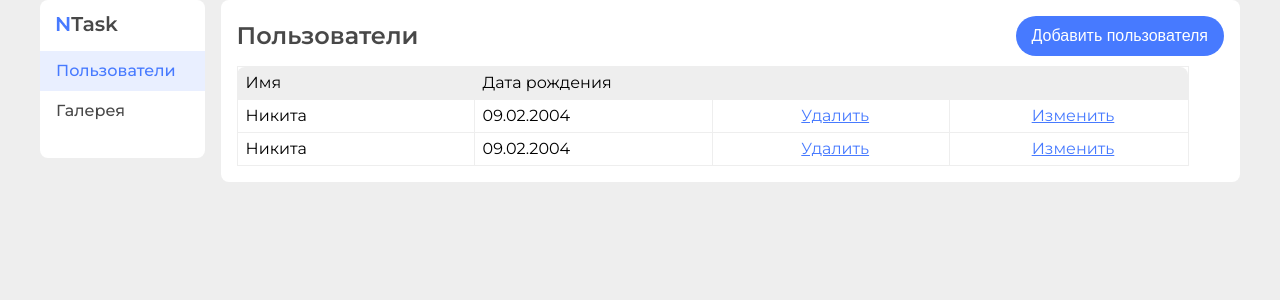
Repository: Grid-Master/NTask
Page: /
These files come from the project's save history. The page is drawn as it stood at one moment and after the next save; the edit follows.
The browser window is 1280 px wide. The pictures show the whole page.
The project was rebuilt for these pictures with package versions that can differ from the ones it lists, and the page was loaded fresh each time.

Above is the page before, as saved 2023-06-05 11:25:26.

### public/index.html
<!DOCTYPE html>
<html lang="en">
  <head>
    <meta charset="utf-8" />
    <link rel="icon" href="%PUBLIC_URL%/favicon.ico" />
    <meta name="viewport" content="width=device-width, initial-scale=1" />
    <meta name="theme-color" content="#000000" />
    <meta name="description" content="Web site created using create-react-app" />
    <link rel="apple-touch-icon" href="%PUBLIC_URL%/logo192.png" />
    <link rel="preconnect" href="https://fonts.googleapis.com" />
    <link rel="preconnect" href="https://fonts.gstatic.com" crossorigin />
    <link
      href="https://fonts.googleapis.com/css2?family=Montserrat:wght@300;400;500;600;700&display=swap"
      rel="stylesheet" />
    <link rel="manifest" href="%PUBLIC_URL%/manifest.json" />
    <title>React App</title>
  </head>
  <body>
    <noscript>You need to enable JavaScript to run this app.</noscript>
    <div id="root"></div>
  </body>
</html>

### src/index.css
html, body, div, span, applet, object, iframe,
h1, h2, h3, h4, h5, h6, p, blockquote, pre,
a, abbr, acronym, address, big, cite, code,
del, dfn, em, img, ins, kbd, q, s, samp,
small, strike, strong, sub, sup, tt, var,
b, u, i, center,
dl, dt, dd, ol, ul, li,
fieldset, form, label, legend,
table, caption, tbody, tfoot, thead, tr, th, td,
article, aside, canvas, details, embed,
figure, figcaption, footer, header, hgroup,
menu, nav, output, ruby, section, summary,
time, mark, audio, video {
	margin: 0;
	padding: 0;
	border: 0;
	font-size: 100%;
	font: inherit;
	vertical-align: baseline;
}
/* HTML5 display-role reset for older browsers */
article, aside, details, figcaption, figure,
footer, header, hgroup, menu, nav, section {
	display: block;
}
body {
	line-height: 1;
}
ol, ul {
	list-style: none;
}
blockquote, q {
	quotes: none;
}
blockquote:before, blockquote:after,
q:before, q:after {
	content: '';
	content: none;
}
table {
	border-collapse: collapse;
}
body {
  margin: 0;
  font-family: Montserrat;
  background: #EEEEEE;
  max-width: 1200px;
  margin: 0 auto;

}

code {
  font-family: source-code-pro, Menlo, Monaco, Consolas, 'Courier New',
    monospace;
}

### src/App.tsx
import './App.css';
import Navbar from './components/navabar/Navbar';
import UserList from './components/userList/UserList';

function App() {
  return (
    <div className="App">
      <Navbar />
      <UserList />
    </div>
  );
}

export default App;

### src/App.css
.App {
  display: flex;
  align-items:start;
  gap: 16px;
}

### src/components/navabar/Navbar.tsx
import { FC } from 'react';
import './navbar.sass';
const logo = require('../../images/logo.png');

const Navbar: FC = () => {
  return (
    <div className="navbar">
      <div className="navbar__imagecontainer">
        <img src={logo} alt="logo" />
      </div>
      <div className="navbar__item navbar__active">Пользователи</div>
      <div className="navbar__item">Галерея</div>
    </div>
  );
};

export default Navbar;

### src/components/userList/UserList.tsx
import React, { FC } from 'react';
import './userList.sass';

const UserList: FC = () => {
  return (
    <div className="userList">
      <div>
        <h1 className="userList__title">Пользователи</h1>
        <button className="userList__addUserBtn">Добавить пользователя</button>
      </div>
      <table className="userList__table">
        <tr className="userList__table-info">
          <td>Имя</td>
          <td>Дата рождения</td>
          <td></td>
          <td></td>
        </tr>
        <tr>
          <td>Никита</td>
          <td>09.02.2004</td>
          <td className="userList__table-btn">Удалить</td>
          <td className="userList__table-btn">Изменить</td>
        </tr>
        <tr>
          <td>Никита</td>
          <td>09.02.2004</td>
          <td className="userList__table-btn">Удалить</td>
          <td className="userList__table-btn">Изменить</td>
        </tr>
      </table>
    </div>
  );
};

export default UserList;

### src/components/navabar/navbar.sass
.navbar
    width: 200px
    height: 158px
    background: #FFFFFF
    border-radius: 8px
    &__imagecontainer
        padding: 16px 0
        margin-left: 16px
    &__item
        padding: 8px 16px
        cursor: pointer
        font-weight: 500
        font-size: 16px
        line-height: 150%
        color: #484848
    &__active
        background: #E9EFFF
        color: #477AFF

### src/components/userList/userList.sass
.userList
    width: 100%
    background: #FFFFFF
    border-radius: 8px
    padding: 16px
    >div
        display: flex
        align-items: center
        justify-content: space-between
    &__title
        font-weight: 600
        font-size: 24px
        line-height: 150%
        color: #484848
    &__addUserBtn
        font-weight: 500
        font-size: 16px
        line-height: 100%
        color: #FFFFFF
        background: #477AFF
        border-radius: 20px
        padding: 12px 16px
        border: none
        outline: none
        cursor: pointer
        transition: .3s
        &:hover
            opacity: .8
    &__table
        margin-top: 10px
        width: 952px
        td
            border: 1px solid #EEEEEE
            width: 238px
            text-align: start
            padding: 8px 0
            padding-left: 8px
        &-btn
            cursor: pointer
            text-decoration-line: underline
            color: #477AFF
            transition: .2s
            text-align: center !important
            &:hover
                opacity: .8
        tr:first-child td:first-child
            border-radius: 8px 0 0 0
        tr:first-child td:last-child
            border-radius: 0 8px 0 0
        &-info
            background-color: #EEEEEE
            border-radius: 8px !important

Loaded but not shown: src/index.tsx (common file)

After the next save:
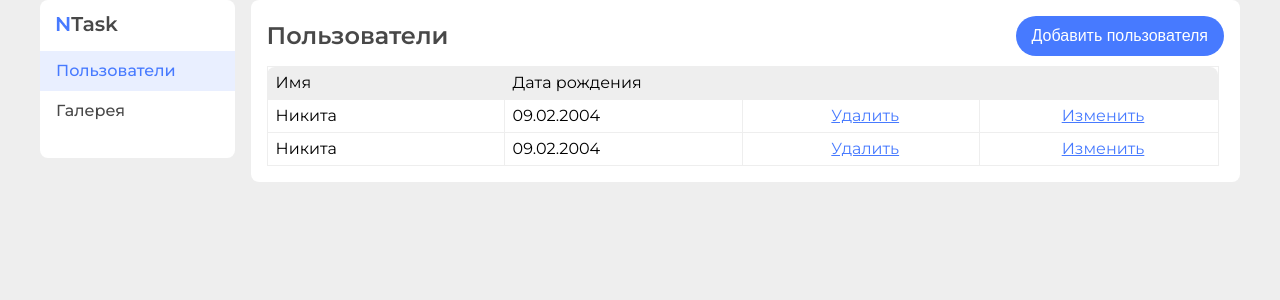
Saved 32 s later.
--- a/src/components/userList/userList.sass
+++ b/src/components/userList/userList.sass
@@ -1,5 +1,5 @@
 .userList
-    width: 100%
+    width: 984px
     background: #FFFFFF
     border-radius: 8px
     padding: 16px
